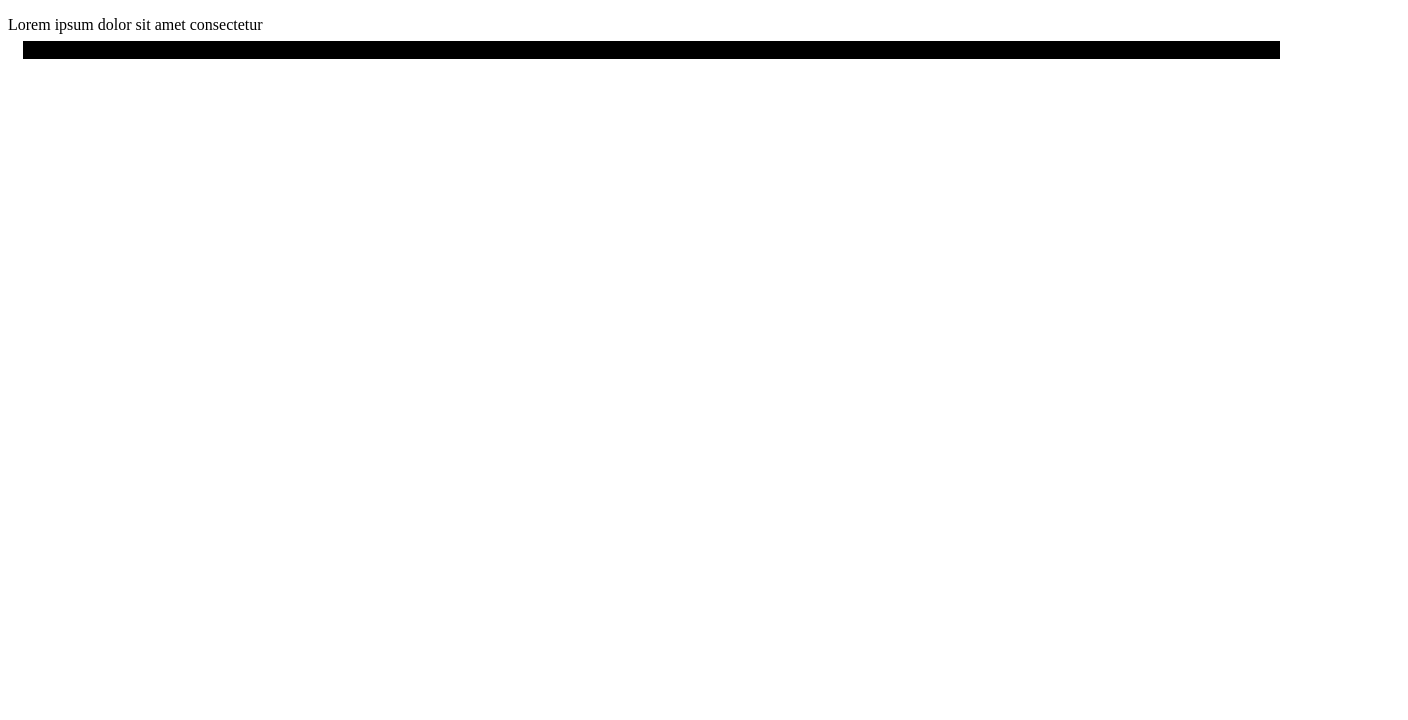
Repository: iKrekus/HTMLAcademy-mysite
Page: test.html
These files come from the project's save history. The page is drawn as it stood at one moment and after the next save; the edit follows.
The browser window is 1280 px wide. The page is 1280 px wide, then 1408 px, so the pictures cover 1408 px, including what lies to the right of the window. The pictures show the whole page.

Above is the page before, as saved 2022-09-28 17:50:21.

### test.html
<!DOCTYPE html>
<html lang="en">
<head>
    <meta charset="UTF-8">
    <meta http-equiv="X-UA-Compatible" content="IE=edge">
    <meta name="viewport" content="width=device-width, initial-scale=1.0">
    <style>
        .lorem{
            box-shadow: 15px 25px 0px 0px black;
        }
    </style>
    <title>Test</title>
</head>
<body>
    <p class="lorem">Lorem ipsum dolor sit amet consectetur</p>
</body>
</html>

### style.css
body {
  position: relative;
  margin: 0;
  min-width: 1408px;
  font-family: "Montserrat", "Helvetica", "Arial", sans-serif;
  font-size: 16px;
  line-height: 32px;
  color: #222222;
  background-image: url("img/hero-bg.jpg");
  background-repeat: no-repeat;
  background-position-y: top;
  background-position-x: calc(50vw + 16px);
}

.container {
  max-width: 1408px;
  margin: 0 auto;
  padding: 0 16px;
}

.page-header {
  margin: 0 0 140px;
  padding: 32px 0;
}

.page-header a {
  margin-right: 56px;
  padding-bottom: 10px;
  padding-top: 10px;
  color: #8da2ed;
  text-decoration: none;
  background-repeat: no-repeat;
  background-position: left;
}

.page-header a:focus,
.page-header a:hover {
  border-bottom: 1px solid #8da2ed;
  filter: hue-rotate(50deg);
}

.page-header a:active {
  filter: hue-rotate(0);
  opacity: 0.6;
}

.header-email {
  padding-left: 30px;
  background-image: url("img/icon-email-header.svg");
}

.header-phone {
  padding-left: 25px;
  background-image: url("img/icon-phone-header.svg");
}

.hero-image {
  position: relative;
  height: 564px;
}

.hero-image .container {
  padding-left: 0;
  padding-right: 0;
  background-image: url("img/dotted-border-v.svg");
  background-repeat: repeat-y;
  background-position: top left;
}

.heading {
  margin: 0 0 40px;
  padding-left: 116px;
  width: 928px;
  font-size: 104px;
  line-height: 120px;
  letter-spacing: -2px;
  font-weight: 400;
  color: #8da2ed;
}

.hero-image p {
  margin: 0;
  padding-left: 128px;
  padding-bottom: 16px;
  font-size: 32px;
  line-height: 48px;
}

.intro {
  margin: 0 0 160px;
  padding-top: 240px;
  padding-bottom: 80px;
  background-color: #fafbfd;
}

.subheading {
  margin: 0 0 56px;
  font-size: 72px;
  line-height: 104px;
  font-weight: 400;
  color: #8da2ed;
}

.intro .container {
  position: relative;
}

.intro .subheading {
  position: absolute;
  top: -320px;
  left: 48px;
  font-size: 16px;
  line-height: 32px;
  color: #222222;
}

.intro .subheading::before {
  position: absolute;
  content: "";
  top: 4px;
  left: -32px;
  width: 16px;
  height: 28px;
  background-image: url("img/icon-scroll.svg");
  background-repeat: no-repeat;
}

.user-image {
  margin: 0 0 32px;
  position: absolute;
  top: 0;
  left: 0;
}

.user-image img {
  width: 688px;
  height: 400px;
  margin-left: 16px;
  object-fit: cover;
}

.intro .container div {
  position: relative;
  display: flex;
  flex-direction: column;
  justify-content: center;
  margin: 0 120px 160px;
  min-height: 400px;
}

.intro .user-image + div {
  margin-left: 600px;
}

.intro .container > div::before,
.intro .container > div::after {
  position: absolute;
  content: "";
  background-repeat: no-repeat;
}

.intro .container div:nth-of-type(1)::before {
  top: 0;
  right: -120px;
  width: 144px;
  height: 64px;
  background-image: url("img/decor-dots1.svg");
}

.intro .container div:nth-of-type(2)::before {
  top: 0;
  left: -120px;
  width: 144px;
  height: 64px;
  background-image: url("img/decor-dots2.svg");
}

.intro h3 {
  margin: 0 0 16px;
  width: 688px;
  font-size: 32px;
  line-height: 40px;
  font-weight: 400;
  letter-spacing: 0.5px;
  text-transform: uppercase;
}

.intro p {
  margin: 0;
  width: 688px;
}

.intro .container div:nth-of-type(2) {
  margin-right: 0;
  background-image: url("img/abilities.jpg");
  background-position: right;
  background-repeat: no-repeat;
}

.intro .container .skills {
  min-height: unset;
}

.skills::before {
  top: 0;
  right: -120px;
  width: 64px;
  height: 64px;
  background-image: url("img/decor-dots3.svg");
}

.skills::after {
  bottom: -56px;
  left: -120px;
  width: 64px;
  height: 24px;
  background-image: url("img/decor-dots4.svg");
}

.skills h3 {
  margin-bottom: 56px;
}

.skills-list {
  position: relative;
  display: flex;
  margin: 0;
  padding: 0;
}

.skills-list dt {
  flex-shrink: 0;
  padding-left: 82px;
  width: 480px;
  height: 72px;
  font-size: 24px;
  letter-spacing: 1px;
  background-repeat: no-repeat;
  background-position: left;
}

.skill-html {
  background-image: url("img/icon-html.svg");
}

.skill-css {
  margin-left: 48px;
  background-image: url("img/icon-css.svg");
}

.level {
  position: absolute;
  top: 32px;
  margin: 4px 0 16px;
  padding: 0;
  height: 32px;
  width: 478px;
  font-size: 0;
  background-color: #ffffff;
  border: 1px solid #dee5fb;
}

.skill-html + .level {
  left: 82px;
}

.skill-css + .level {
  left: 690px;
}

.skills .level div {
  margin: 4px;
  height: 24px;
  min-height: unset;
  background-color: #8da2ed;
  background-image: url("img/progress-pattern.svg");
}

.button {
  position: relative;
  margin: auto 72px -10px;
  padding: 10px 0 10px 28px;
  display: block;
  font-size: 20px;
  letter-spacing: 0.5px;
  text-decoration: none;
  text-transform: uppercase;
  color: #8da2ed;
  border: 1px solid #8da2ed;
}

.button::before {
  position: absolute;
  content: "";
  width: 20px;
  height: 20px;
  top: 14px;
  left: 29px;
  background-image: url("img/icon-open-page.svg");
}

.button:focus,
.button:hover {
  margin-bottom: -10px;
  color: #ffffff;
  border-color: #c98ded;
  background-color: #c98ded;
  transition: border-color 150ms, background-color 150ms;
}

.button:active {
  opacity: 0.6;
}

.button:focus::before,
.button:hover::before,
.button:active::before {
  filter: brightness(100);
}

.page-footer {
  padding: 40px 0;
  background-color: #8da2ed;
}

.page-footer a {
  margin-right: 56px;
  padding-bottom: 10px;
  padding-top: 10px;
  color: #ffffff;
  text-decoration: none;
  background-repeat: no-repeat;
  background-position: left;
  opacity: 0.8;
}

.page-footer a:focus,
.page-footer a:hover {
  opacity: 1;
  border-bottom: 1px solid #ffffff;
}

.page-footer a:active {
  opacity: 0.6;
}

.footer-email {
  padding-left: 30px;
  background-image: url("img/icon-email-footer.svg");
}

.footer-phone {
  padding-left: 25px;
  background-image: url("img/icon-phone-footer.svg");
}

.lorem{
  box-shadow: 15px 25px 0px 0px black;
}

After the next save:
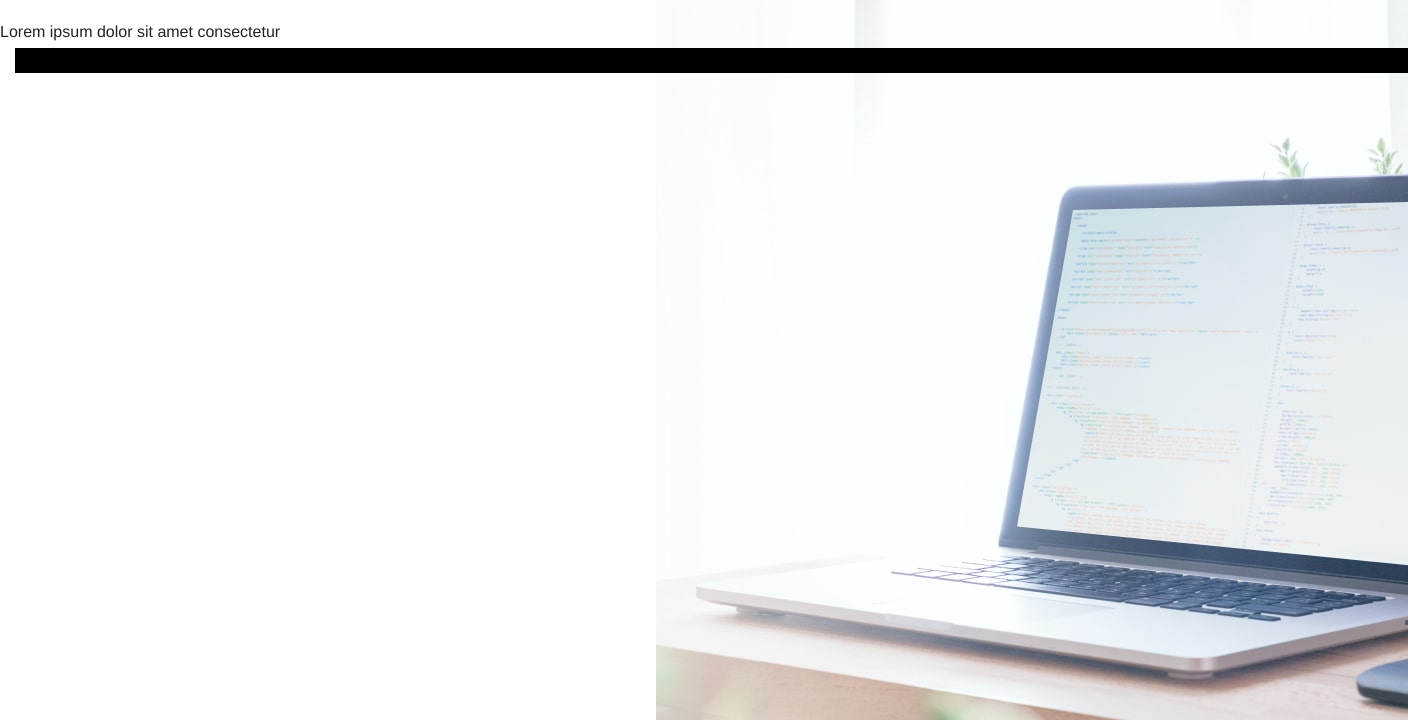
Saved 30 s later.
--- a/test.html
+++ b/test.html
@@ -4,11 +4,7 @@
     <meta charset="UTF-8">
     <meta http-equiv="X-UA-Compatible" content="IE=edge">
     <meta name="viewport" content="width=device-width, initial-scale=1.0">
-    <style>
-        .lorem{
-            box-shadow: 15px 25px 0px 0px black;
-        }
-    </style>
+<link rel="stylesheet" href="style.css">
     <title>Test</title>
 </head>
 <body>
